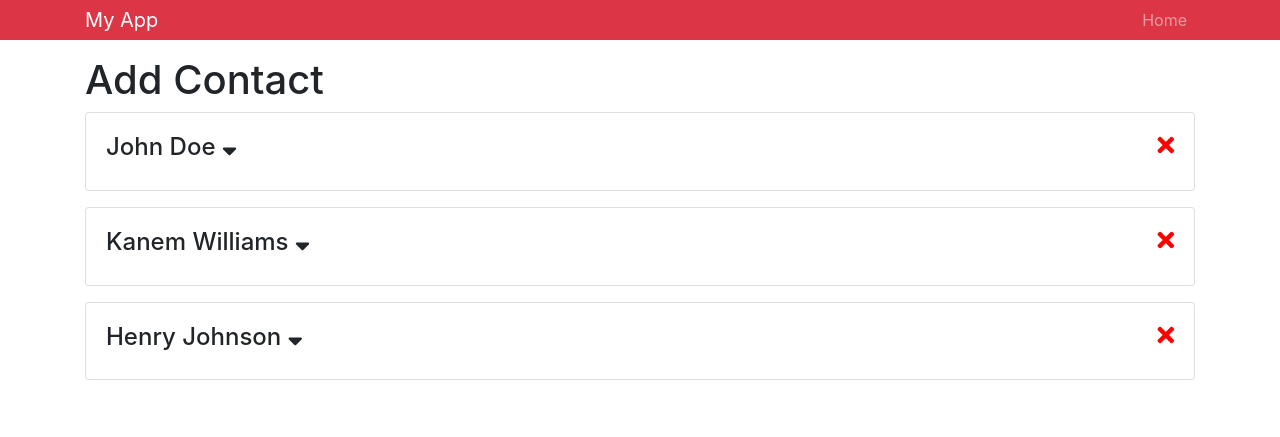
Repository: Mtbwka/contactmanager
Page: /about
An editor plug-in stored every save of this project. The page is shown before and after the next save, followed by the edit.
The browser window is 1280 px wide. The pictures show the whole page.
Some web libraries are served in a nearby version. The project was rebuilt for these pictures with package versions that can differ from the ones it lists, and the page was loaded fresh each time.

Above is the page before, as saved 2019-05-08 17:53:15.

### public/index.html
<!DOCTYPE html>
<html lang="en">
  <head>
    <meta charset="utf-8" />
    <link rel="shortcut icon" href="%PUBLIC_URL%/favicon.ico" />
    <meta
      name="viewport"
      content="width=device-width, initial-scale=1, shrink-to-fit=no"
    />
    <meta name="theme-color" content="#000000" />
    <link rel="stylesheet" href="https://use.fontawesome.com/releases/v5.1.1/css/all.css" integrity="sha384-O8whS3fhG2OnA5Kas0Y9l3cfpmYjapjI0E4theH4iuMD+pLhbf6JI0jIMfYcK3yZ" crossorigin="anonymous">
    <!--
      manifest.json provides metadata used when your web app is installed on a
      user's mobile device or desktop. See https://developers.google.com/web/fundamentals/web-app-manifest/
    -->
    <link rel="manifest" href="%PUBLIC_URL%/manifest.json" />
    <!--
      Notice the use of %PUBLIC_URL% in the tags above.
      It will be replaced with the URL of the `public` folder during the build.
      Only files inside the `public` folder can be referenced from the HTML.

      Unlike "/favicon.ico" or "favicon.ico", "%PUBLIC_URL%/favicon.ico" will
      work correctly both with client-side routing and a non-root public URL.
      Learn how to configure a non-root public URL by running `npm run build`.
    -->
    <title>React App</title>
  </head>
  <body>
    <noscript>You need to enable JavaScript to run this app.</noscript>
    <div id="root"></div>
    <!--
      This HTML file is a template.
      If you open it directly in the browser, you will see an empty page.

      You can add webfonts, meta tags, or analytics to this file.
      The build step will place the bundled scripts into the <body> tag.

      To begin the development, run `npm start` or `yarn start`.
      To create a production bundle, use `npm run build` or `yarn build`.
    -->
  </body>
</html>

### src/App.js
import React, { Component } from 'react';
import Contacts from './components/contacts/Contacts';
import Header from './components/layout/Header';
import AddContact from './components/contacts/AddContact';
import { Provider } from './context';

import 'bootstrap/dist/css/bootstrap.min.css';

class App extends Component {
  render() {
    return (
      <Provider>
        <div className='App'>
          <Header />
          <div className='container'>
            <AddContact />
            <Contacts />
          </div>
        </div>
      </Provider>
    );
  }
}

export default App;

### src/components/contacts/Contacts.js
import React, { Component } from 'react';
import Contact from './Contact.js';
import { Consumer } from '../../context';

class Contacts extends Component {
  render() {
    return (
      <Consumer>
        {value => {
          return (
            <React.Fragment>
              {value.contacts.map(contact => (
                <Contact key={contact.id} contact={contact} />
              ))}
            </React.Fragment>
          );
        }}
      </Consumer>
    );
  }
}

export default Contacts;

### src/components/layout/Header.js
import React from 'react';
import PropTypes from 'prop-types';

// export default function Header() {
//   return <div />;
// }

const Header = props => {
  const { branding } = props;
  return (
    <nav className="navbar navbar-expand-sm navbar-dark bg-danger mb-3 py-0">
      <div className="container">
        <a href="/" className="navbar-brand">{branding}</a>
        <div>
          <ul className="navbar-nav mr-auto">
            <li className="nav-item">
              <a href="/" className="nav-link">Home</a>
            </li>
          </ul>
        </div>
      </div>
    </nav>
  );
};

Header.defaultProps = {
  branding: 'My App'
};

Header.propTypes = {
  branding: PropTypes.string.isRequired
};

export default Header;

### src/components/contacts/AddContact.js
import React, { Component } from 'react';

class AddContact extends Component {
  state = {
    name: '',
    email: '',
    phone: ''
  };

  render() {
    return (
      <div>
        <h1>Add Contact</h1>
      </div>
    );
  }
}

export default AddContact;

### src/context.js
import React, { Component } from 'react';

const Context = React.createContext();

const reducer = (state, action) => {
  switch (action.type) {
    case 'DELETE_CONTACT':
      return {
        ...state,
        contacts: state.contacts.filter(
          contact => contact.id !== action.payload
        )
      };
    default:
      return state;
  }
};

export class Provider extends Component {
  state = {
    contacts: [
      {
        id: 1,
        name: 'John Doe',
        email: 'jdoe@gmail.com',
        phone: '555-555-5555'
      },
      {
        id: 2,
        name: 'Kanem Williams',
        email: 'karen@gmail.com',
        phone: '222-222-2222'
      },
      {
        id: 3,
        name: 'Henry Johnson',
        email: 'henry@gmail.com',
        phone: '111-111-1111'
      }
    ],
    dispatch: action => this.setState(state => reducer(state, action))
  };

  render() {
    return (
      <Context.Provider value={this.state}>
        {this.props.children}
      </Context.Provider>
    );
  }
}

export const Consumer = Context.Consumer;

### src/components/contacts/Contact.js
import React, { Component } from 'react';
import PropTypes from 'prop-types';
import { Consumer } from '../../context';

class Contact extends Component {
  state = {
    showContactInfo: false
  };

  onDeleteClick = (id, dispatch) => {
    dispatch({ type: 'DELETE_CONTACT', payload: id });
  };

  render() {
    const { id, name, email, phone } = this.props.contact;
    const { showContactInfo } = this.state;

    return (
      <Consumer>
        {value => {
          const { dispatch } = value;
          return (
            <div className='card card-body mb-3'>
              <h4>
                {name}{' '}
                <i
                  onClick={() =>
                    this.setState({
                      showContactInfo: !this.state.showContactInfo
                    })
                  }
                  className='fas fa-sort-down'
                  style={{ cursor: 'pointer' }}
                />
                <i
                  className='fas fa-times'
                  style={{ float: 'right', cursor: 'pointer', color: 'red' }}
                  onClick={this.onDeleteClick.bind(this, id, dispatch)}
                />
              </h4>
              {showContactInfo ? (
                <ul className='list-group'>
                  <li className='list-group-item'>Email:{email}</li>
                  <li className='list-group-item'>Phone:{phone}</li>
                </ul>
              ) : null}
            </div>
          );
        }}
      </Consumer>
    );
  }
}

Contact.propTypes = {
  contact: PropTypes.object.isRequired
};
export default Contact;

Loaded but not shown: src/index.js (common file); src/serviceWorker.js (common file)

After the next save:
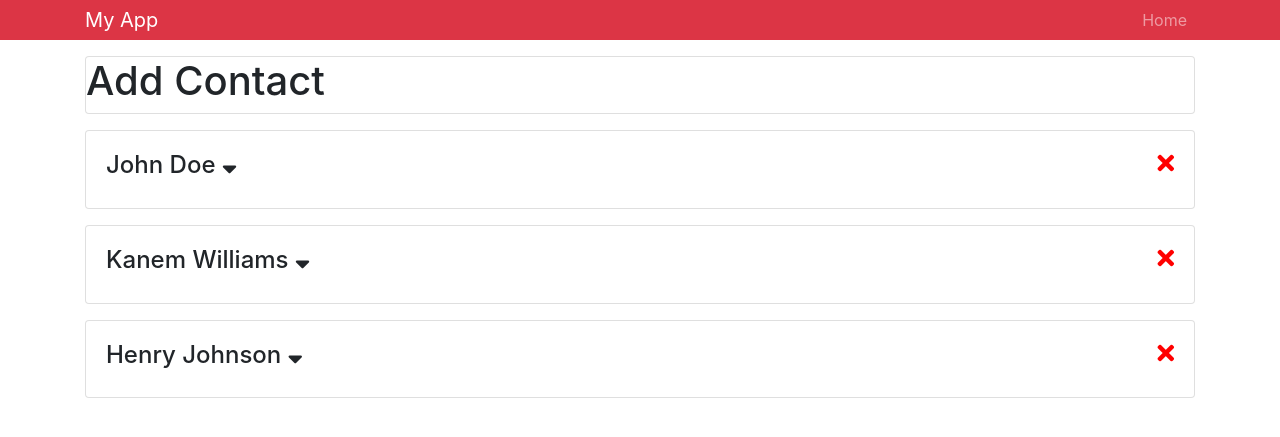
Saved 24 s later.
--- a/src/components/contacts/AddContact.js
+++ b/src/components/contacts/AddContact.js
@@ -9,7 +9,7 @@ class AddContact extends Component {
 
   render() {
     return (
-      <div>
+      <div className='card mb-3'>
         <h1>Add Contact</h1>
       </div>
     );
